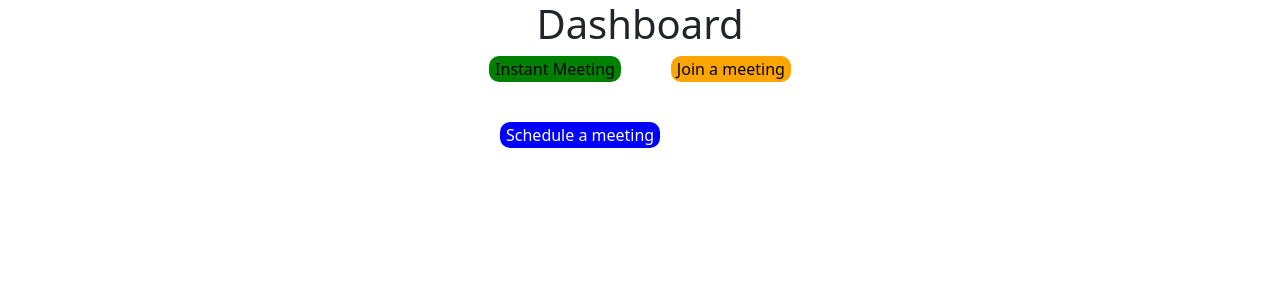
Repository: sreech465/myexam
Page: /
An editor plug-in stored every save of this project. The page is shown before and after the next save, followed by the edit.
The browser window is 1280 px wide. The pictures show the whole page.
The project was rebuilt for these pictures with package versions that can differ from the ones it lists, and the page was loaded fresh each time. Also part of the build but not shown: src/Jmeet.js, src/Smeet.js, src/Joinmeet.js.

Above is the page before, as saved 2023-01-14 17:28:41.

After the next save:
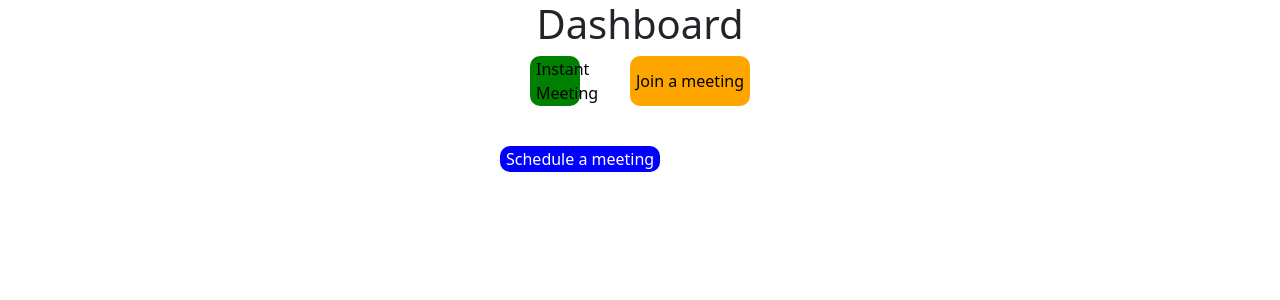
Saved 22 s later.
--- a/src/Details.js
+++ b/src/Details.js
@@ -23,6 +23,7 @@ const Details = () => {
             marginRight: 50,
             border: "none",
             borderRadius: 10,
+            width: 50,
           }}
         >
           Instant Meeting
